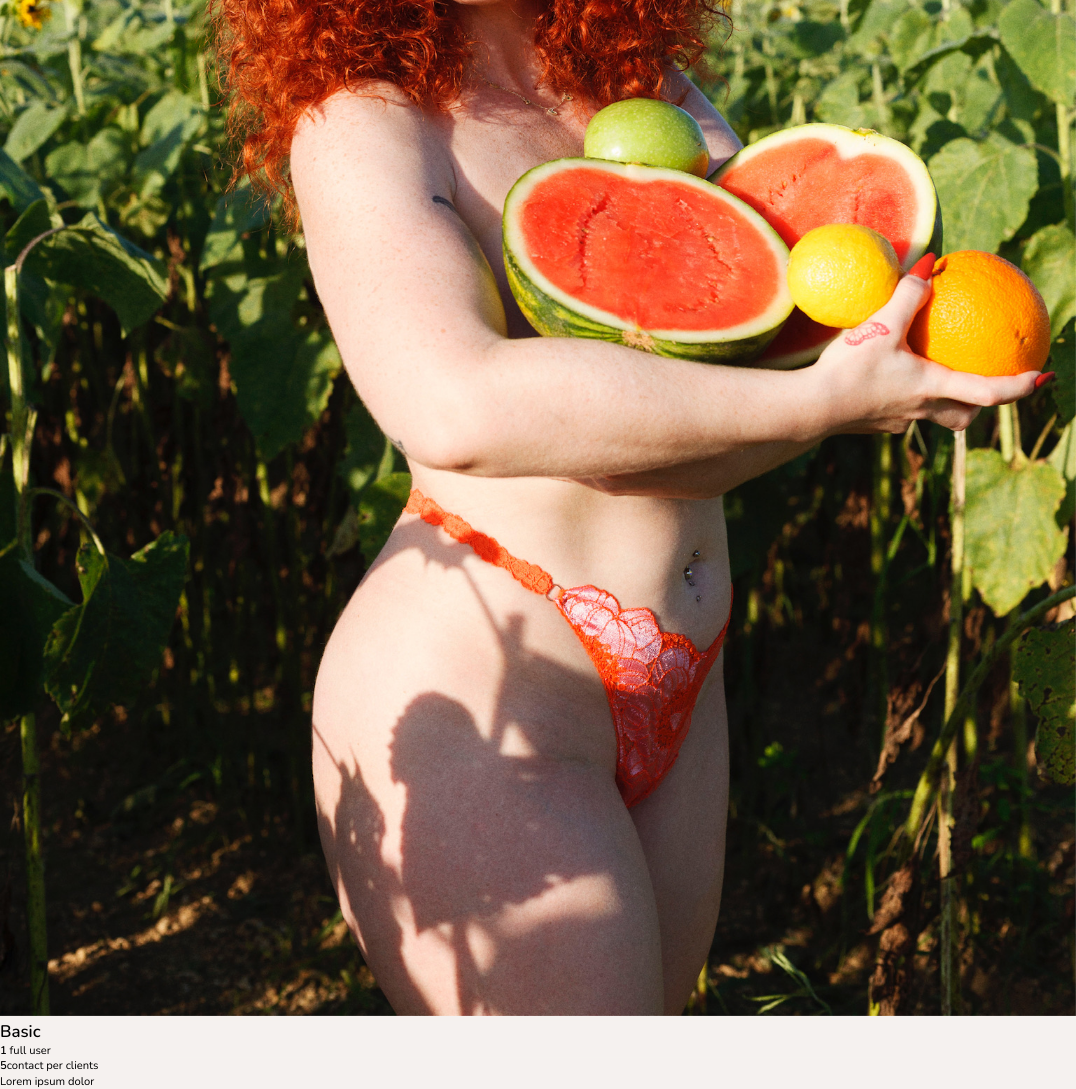
Repository: burntaftermint/freexmoney-draft
Page: price.html
These files come from the project's save history. The page is drawn as it stood at one moment and after the next save; the edit follows.
The browser window is 1280 px wide. The page is 1537 px wide, so the pictures cover 1537 px, including what lies to the right of the window. The pictures show the part of the page from y = 925 to 2525 px (the page is 2481 px tall before and 2525 px after), at 70% of full size.
Some web fonts or font styles are not loaded; a fallback is used.

Above is the page before, as saved 2024-06-10 05:33:44.

After the next save:
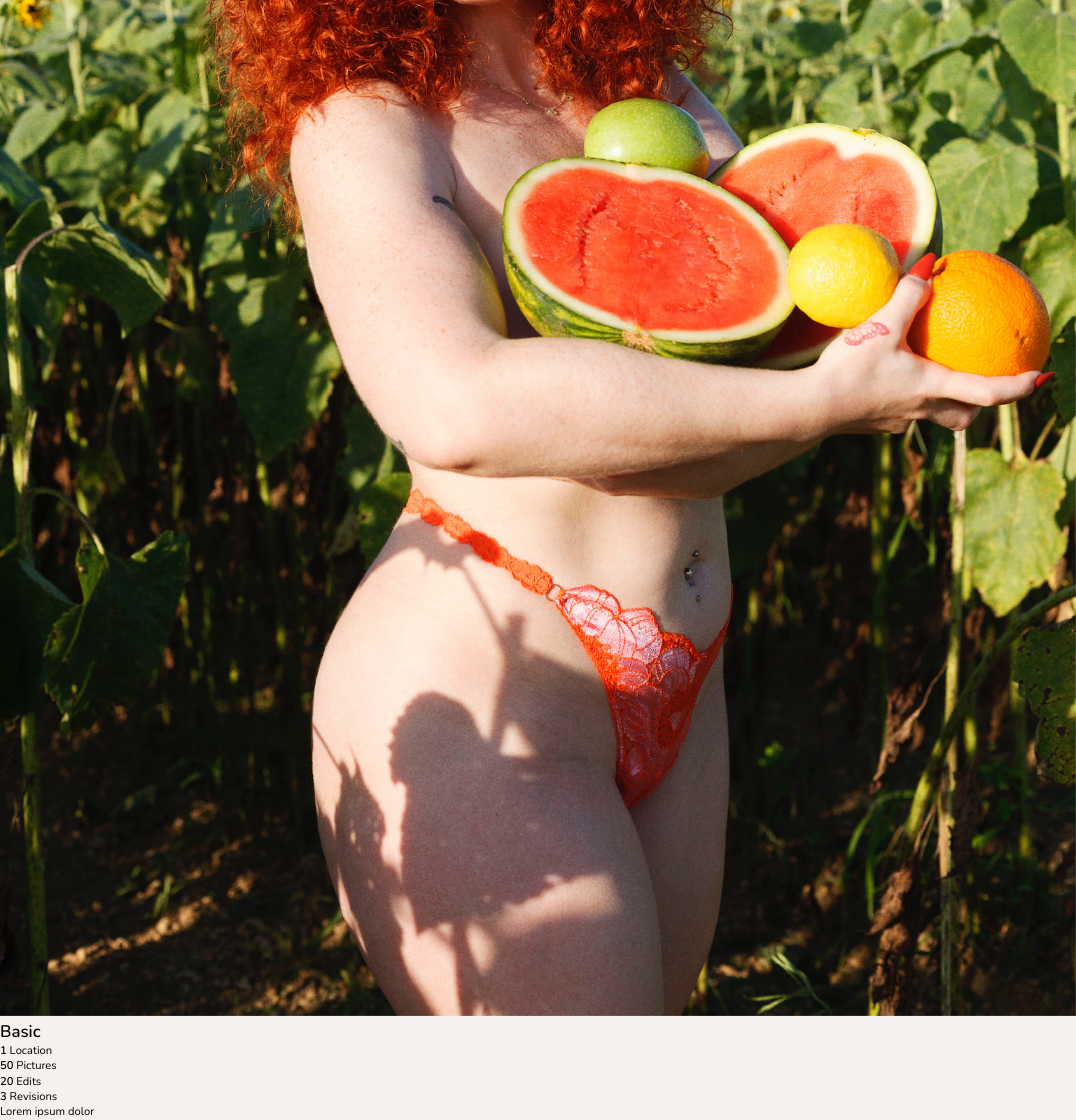
Saved 2 min 7 s later.
--- a/price.html
+++ b/price.html
@@ -40,8 +40,10 @@
             </div>
             <!-- card detail -->
             <div class="card-detail">
-                <p><span class="fas fa-check check"></span><b>1</b> full user </p>
-                <p><span class="fas fa-check check"></span><b>5</b>contact per clients</p>
+                <p><span class="fas fa-check check"></span><b>1</b> Location </p>
+                <p><span class="fas fa-check check"></span><b>50</b> Pictures </p>
+                <p><span class="fas fa-check check"></span><b>20</b> Edits </p>
+                <p><span class="fas fa-check check"></span><b>3</b> Revisions </p>
                 <p><span class="fas fa-times nocheck"></span>Lorem ipsum dolor</p>
             </div>
             <!-- card price -->
